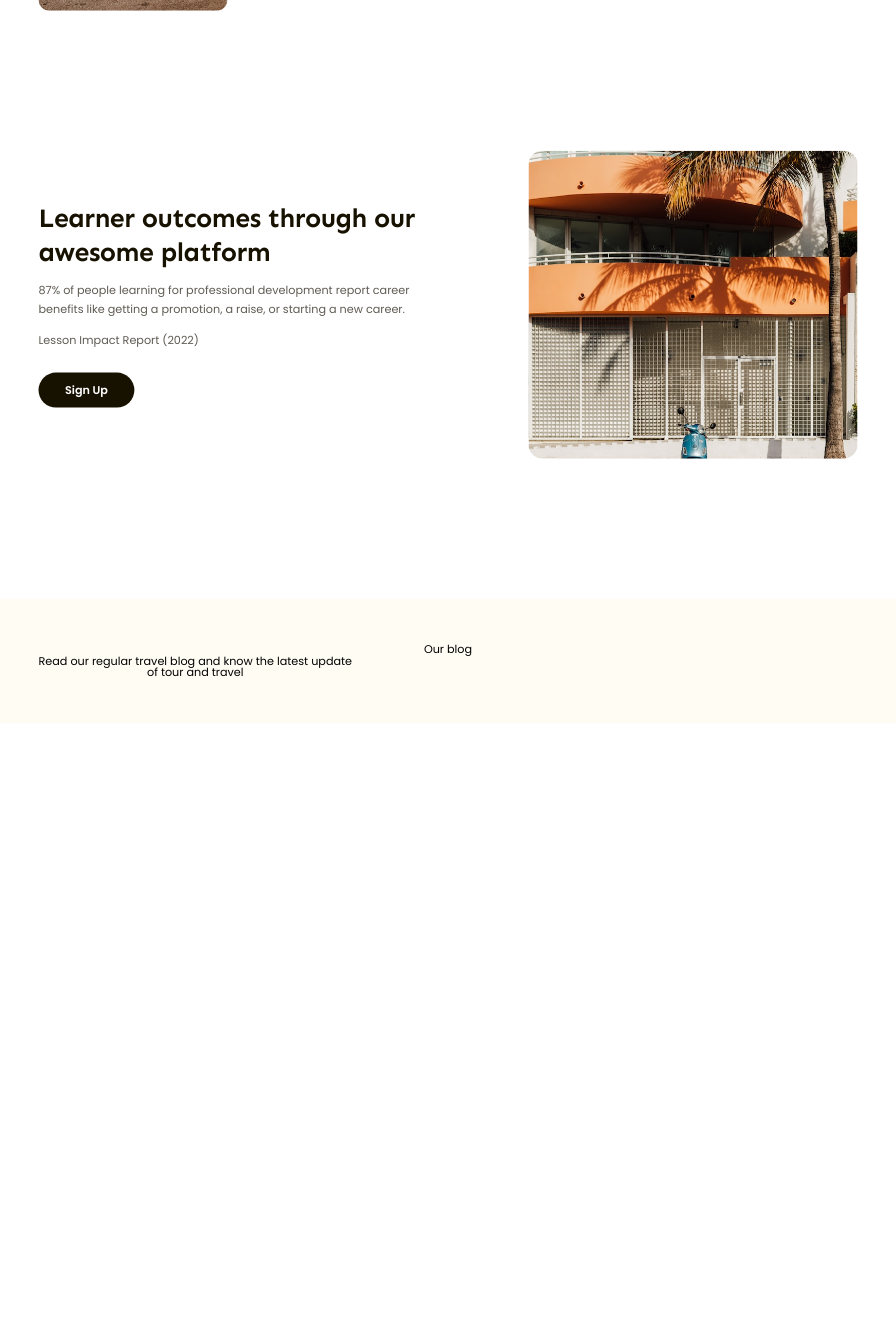
Repository: empty24062002/f8-htmlcss-02-pratice
Page: index.html
These files come from the project's save history. The page is drawn as it stood at one moment and after the next save; the edit follows.
The browser window is 1280 px wide. The pictures show the part of the page from y = 2925 to 4845 px (the page is 5187 px tall), at 70% of full size.
Pictures or frames that could not be fetched are drawn as grey boxes. A picture or video elsewhere on the page could not be fetched, so the positions and the page height are approximate.

Above is the page before, as saved 2023-07-20 09:12:30.

### index.html
<!DOCTYPE html>
<html lang="en">
    <head>
        <meta charset="UTF-8" />
        <meta name="viewport" content="width=device-width, initial-scale=1.0" />
        <title>F8 Project 02 Practice</title>
        <!-- Reset CSS -->
        <link rel="stylesheet" href="./assets/css/reset.css" />
        <!-- Embed font -->
        <link rel="preconnect" href="https://fonts.googleapis.com" />
        <link rel="preconnect" href="https://fonts.gstatic.com" crossorigin />
        <link
            href="https://fonts.googleapis.com/css2?family=Poppins:wght@400;500;600;700&family=Sen:wght@700&display=swap"
            rel="stylesheet"
        />
        <link rel="stylesheet" href="./assets/css/styles.css" />
    </head>
    <body>
        <!-- Header -->
        <header class="header fixed">
            <div class="main-content">
                <div class="body">
                    <img
                        src="./assets/img/logo.svg"
                        alt="lesson."
                        class="logo"
                    />
                    <!-- nav -->
                    <nav class="nav">
                        <ul>
                            <li class="active">
                                <a href="#!">Home</a>
                            </li>
                            <li>
                                <a href="#!">Courses</a>
                            </li>
                            <li>
                                <a href="#!">Pricing</a>
                            </li>
                            <li>
                                <a href="#!">Reviews</a>
                            </li>
                        </ul>
                    </nav>
                    <!-- Action -->
                    <div class="action">
                        <a href="#!" class="btn sign-up-btn">Sign Up</a>
                    </div>
                </div>
            </div>
        </header>
        <main style="height: 5000px">
            <!-- hero -->
            <div class="hero">
                <div class="main-content">
                    <div class="hero-body">
                        <!-- Hero left -->
                        <div class="media-block">
                            <img
                                src="./assets/img/hero-media.jpg"
                                alt="Learn without limits and spread knowledge."
                                class="img"
                            />
                            <div class="hero-summary">
                                <!-- Item 1 -->
                                <div class="item">
                                    <div class="icon">
                                        <img
                                            src="./assets/icons/icon1.svg"
                                            alt=""
                                        />
                                    </div>
                                    <div class="info">
                                        <p class="lable">20 Courses</p>
                                        <p class="title">UI/UX Design</p>
                                    </div>
                                </div>
                                <!-- Item 2 -->
                                <div class="item">
                                    <div class="icon">
                                        <img
                                            src="./assets/icons/icon2.svg"
                                            alt=""
                                        />
                                    </div>
                                    <div class="info">
                                        <p class="lable">20 Courses</p>
                                        <p class="title">Development</p>
                                    </div>
                                </div>
                                <!-- Item 3 -->
                                <div class="item">
                                    <div class="icon">
                                        <img
                                            src="./assets/icons/icon 3.svg"
                                            alt=""
                                        />
                                    </div>
                                    <div class="info">
                                        <p class="lable">30 Courses</p>
                                        <p class="title">Marketing</p>
                                    </div>
                                </div>
                            </div>
                        </div>
                        <!-- Hero right -->
                        <div class="content-block">
                            <h1 class="heading lv1">
                                Learn without limits and spread knowledge.
                            </h1>
                            <p class="desc">
                                Build new skills for that “this is my year”
                                feeling with courses, certificates, and degrees
                                from world-class universities and companies.
                            </p>
                            <div class="cta-group">
                                <a href="" class="btn cta-btn">See Courses</a>
                                <button class="watch-video">
                                    <div class="icon">
                                        <img
                                            src="./assets/icons/watch-video.svg"
                                            alt=""
                                        />
                                    </div>
                                    <span>Watch video</span>
                                </button>
                            </div>
                            <p class="desc">Recent engagement</p>
                            <p class="desc stats">
                                <strong>50K</strong> Students
                                <strong>70+</strong> Courses
                            </p>
                        </div>
                    </div>
                </div>
            </div>
            <!-- Popular -->
            <div class="popular">
                <div class="main-content">
                    <div class="popular-top">
                        <div class="info">
                            <h2 class="heading lv2">Our popular courses</h2>
                            <p class="desc">
                                Build new skills with new trendy courses and
                                shine for the next future career.
                            </p>
                        </div>
                        <div class="controls">
                            <button class="control-btn">
                                <svg
                                    width="8"
                                    height="14"
                                    viewBox="0 0 8 14"
                                    fill="none"
                                    xmlns="http://www.w3.org/2000/svg"
                                >
                                    <path
                                        d="M7 1L1 7L7 13"
                                        stroke="currentColor"
                                        stroke-linecap="round"
                                        stroke-linejoin="round"
                                    />
                                </svg>
                            </button>
                            <button class="control-btn">
                                <svg
                                    width="8"
                                    height="14"
                                    viewBox="0 0 8 14"
                                    fill="none"
                                    xmlns="http://www.w3.org/2000/svg"
                                >
                                    <path
                                        d="M1 1L7 7L1 13"
                                        stroke="currentColor"
                                        stroke-linecap="round"
                                        stroke-linejoin="round"
                                    />
                                </svg>
                            </button>
                        </div>
                    </div>
                    <div class="course-list">
                        <!-- Course item 1 -->
                        <div class="course-item">
                            <a href="#!">
                                <img
                                    src="./assets/img/popular-1.jpg"
                                    alt=""
                                    class="thumb"
                                />
                            </a>
                            <div class="info">
                                <div class="head">
                                    <h3 class="title">
                                        <a href="" class="line-clamp break-all"
                                            >Basic web design</a
                                        >
                                    </h3>
                                    <div class="rating">
                                        <img
                                            src="./assets/icons/star.svg"
                                            alt=""
                                            class="star"
                                        />
                                        <span class="value">4.5</span>
                                    </div>
                                </div>
                                <p class="desc line-clamp line-2 break-all">
                                    Get the best course, gain knowledge and
                                    shine for your future career.
                                </p>
                                <div class="foot">
                                    <span class="price"> $120.75 </span>
                                    <a href="#!" class="btn book-btn"
                                        >Book Now</a
                                    >
                                </div>
                            </div>
                        </div>
                        <!-- Course item 2 -->
                        <div class="course-item">
                            <a href="#!">
                                <img
                                    src="./assets/img/popular-2.jpg"
                                    alt=""
                                    class="thumb"
                                />
                            </a>
                            <div class="info">
                                <div class="head">
                                    <h3 class="title">
                                        <a
                                            href="#!"
                                            class="line-clamp break-all"
                                            >UI/UX design</a
                                        >
                                    </h3>
                                    <div class="rating">
                                        <img
                                            src="./assets/icons/star.svg"
                                            alt=""
                                            class="star"
                                        />
                                        <span class="value">4.5</span>
                                    </div>
                                </div>
                                <p class="desc line-clamp line-2 break-all">
                                    Get the best course, gain knowledge and
                                    shine for your future career.
                                </p>
                                <div class="foot">
                                    <span class="price"> $120.75 </span>
                                    <a href="#!" class="btn book-btn"
                                        >Book Now</a
                                    >
                                </div>
                            </div>
                        </div>
                        <!-- Course Item 3 -->
                        <div class="course-item">
                            <a href="#!">
                                <img
                                    src="./assets/img/popular-3.jpg"
                                    alt=""
                                    class="thumb"
                                />
                            </a>
                            <div class="info">
                                <div class="head">
                                    <h3 class="title">
                                        <a
                                            href="#!"
                                            class="line-clamp break-all"
                                            >Basic web design</a
                                        >
                                    </h3>
                                    <div class="rating">
                                        <img
                                            src="./assets/icons/star.svg"
                                            alt=""
                                            class="star"
                                        />
                                        <span class="value">4.5</span>
                                    </div>
                                </div>
                                <p class="desc line-clamp line-2 break-all">
                                    Get the best course, gain knowledge and
                                    shine for your future career.
                                </p>
                                <div class="foot">
                                    <span class="price"> $120.75 </span>
                                    <a href="#!" class="btn book-btn"
                                        >Book Now</a
                                    >
                                </div>
                            </div>
                        </div>
                    </div>
                </div>
            </div>
            <!-- Feedback -->
            <div class="feedback">
                <div class="main-content">
                    <div class="feedback-list">
                        <!-- Item 1 -->
                        <div class="feedback-item">
                            <div class="info">
                                <img
                                    src="./assets/img/avatar.jpg"
                                    alt="Peter Moor"
                                    class="avatar"
                                />
                                <p class="title">Peter Moor</p>
                                <p class="desc">Student of Web Design</p>
                                <div class="dots">
                                    <span class="dot"></span>
                                    <span class="dot active"></span>
                                    <span class="dot"></span>
                                </div>
                            </div>
                            <div class="content">
                                <img
                                    src="./assets/icons/open-blockquote.svg"
                                    alt=""
                                />
                                <blockquote>
                                    Not only does my resume look
                                    impressive—filled with the names and logos
                                    of world-class institutions—but these
                                    certificates also bring me closer to my
                                    career goals by validating the skills I've
                                    learned."
                                </blockquote>
                            </div>
                        </div>
                        <!-- Item 2 -->
                        <div class="feedback-item">
                            <div class="info">
                                <img
                                    src="./assets/img/avatar.jpg"
                                    alt="Peter Moor"
                                    class="avatar"
                                />
                                <p class="title">Peter Moor</p>
                                <p class="desc">Student of Web Design</p>
                                <div class="dots">
                                    <span class="dot"></span>
                                    <span class="dot active"></span>
                                    <span class="dot"></span>
                                </div>
                            </div>
                            <div class="content">
                                <img
                                    src="./assets/icons/open-blockquote.svg"
                                    alt=""
                                />
                                <blockquote>
                                    Not only does my resume look
                                    impressive—filled with the names and logos
                                    of world-class institutions—but these
                                    certificates also bring me closer to my
                                    career goals by validating the skills I've
                                    learned."
                                </blockquote>
                            </div>
                        </div>
                        <!-- Item 3 -->
                        <div class="feedback-item">
                            <div class="info">
                                <img
                                    src="./assets/img/avatar.jpg"
                                    alt="Peter Moor"
                                    class="avatar"
                                />
                                <p class="title">Peter Moor</p>
                                <p class="desc">Student of Web Design</p>
                                <div class="dots">
                                    <span class="dot"></span>
                                    <span class="dot active"></span>
                                    <span class="dot"></span>
                                </div>
                            </div>
                            <div class="content">
                                <img
                                    src="./assets/icons/open-blockquote.svg"
                                    alt=""
                                />
                                <blockquote>
                                    Not only does my resume look
                                    impressive—filled with the names and logos
                                    of world-class institutions—but these
                                    certificates also bring me closer to my
                                    career goals by validating the skills I've
                                    learned."
                                </blockquote>
                            </div>
                        </div>
                    </div>
                </div>
            </div>
            <!-- Features 1 -->
            <div class="features">
                <div class="main-content">
                    <div class="body">
                        <div class="images">
                            <img
                                src="./assets/img/features-1.jpg"
                                alt="Learner outcomes through our awesome platform"
                                class="lower"
                            />
                            <img
                                src="./assets/img/features-2.jpg"
                                alt="Learner outcomes through our awesome platform"
                            />
                        </div>
                        <div class="content">
                            <h2 class="heading lv2">
                                Learner outcomes through our awesome platform
                            </h2>
                            <p class="desc">
                                87% of people learning for professional
                                development report career benefits like getting
                                a promotion, a raise, or starting a new career.
                            </p>
                            <p class="desc">Lesson Impact Report (2022)</p>
                            <a href="" class="btn features-btn">Sign Up</a>
                        </div>
                    </div>
                </div>
            </div>
            <!-- Features 2 -->
            <div class="features features-2">
                <div class="main-content">
                    <div class="body">
                        <div class="images">
                            <img
                                src="./assets/img/features-3.jpg"
                                alt="Learner outcomes through our awesome platform"
                            />
                        </div>
                        <div class="content">
                            <h2 class="heading lv2">
                                Learner outcomes through our awesome platform
                            </h2>
                            <p class="desc">
                                87% of people learning for professional
                                development report career benefits like getting
                                a promotion, a raise, or starting a new career.
                            </p>
                            <p class="desc">Lesson Impact Report (2022)</p>
                            <a href="" class="btn features-btn">Sign Up</a>
                        </div>
                    </div>
                </div>
            </div>
            <!-- Blog -->
            <div class="blog">
                <div class="main-content">
                    <div class="body">
                        <div class="info">
                            <h2 class="title">Our blog</h2>
                            <p class="desc">
                                Read our regular travel blog and know the latest
                                update of tour and travel
                            </p>
                        </div>
                    </div>
                </div>
            </div>
        </main>
    </body>
</html>

Loaded but not shown: assets/css/reset.css (common file); assets/css/styles.css (566 lines, source omitted)

After the next save:
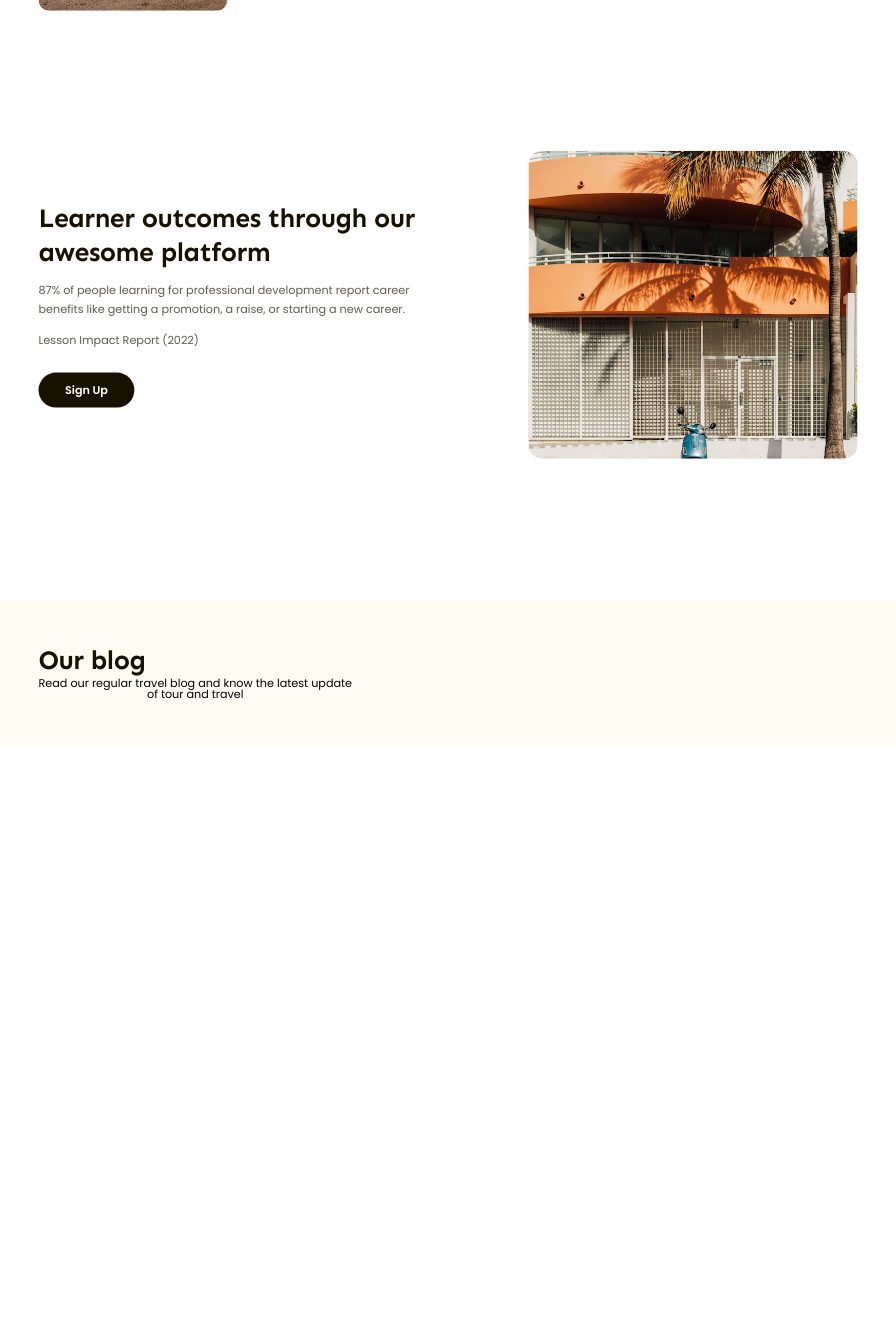
Saved 52 s later.
--- a/index.html
+++ b/index.html
@@ -459,7 +459,7 @@
                 <div class="main-content">
                     <div class="body">
                         <div class="info">
-                            <h2 class="title">Our blog</h2>
+                            <h2 class="heading lv2">Our blog</h2>
                             <p class="desc">
                                 Read our regular travel blog and know the latest
                                 update of tour and travel
